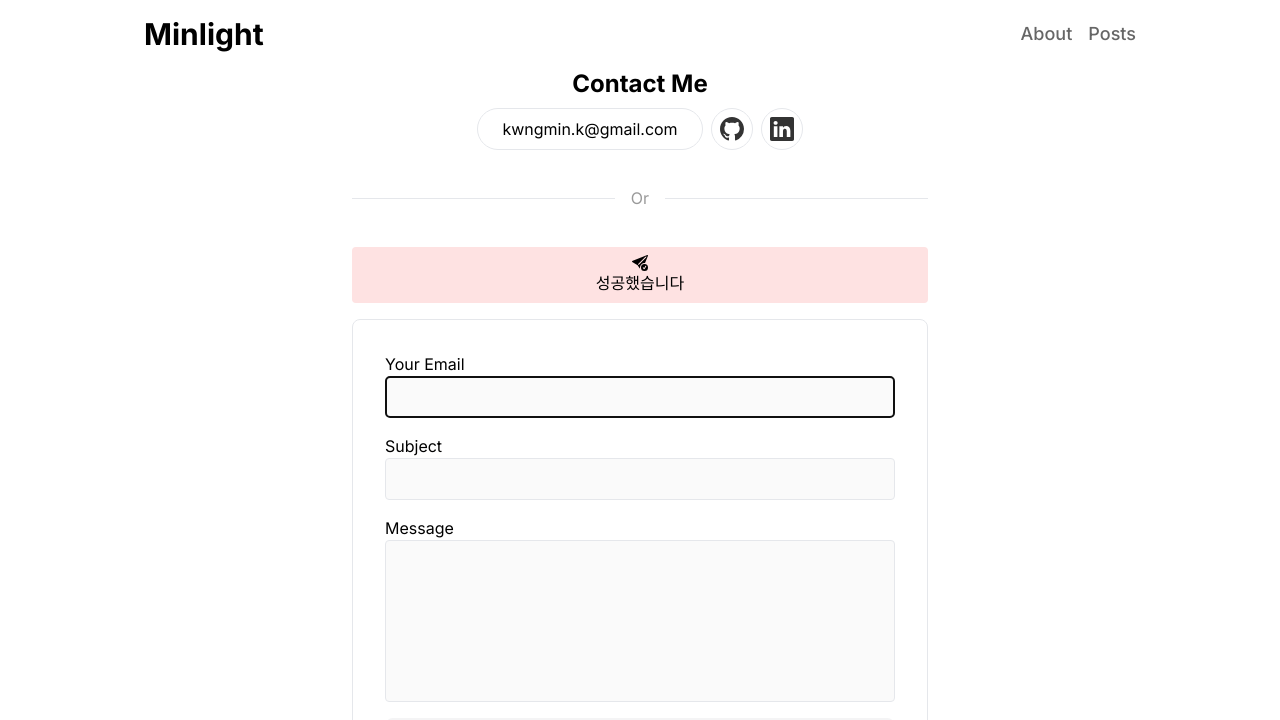
Repository: kwngmin/minlight-blog
Page: /contact
An editor plug-in stored every save of this project. The page is shown before and after the next save, followed by the edit.
The browser window is 1280 px wide. The pictures show the whole page.
An inner scrolling area shows only its first screen. The project was rebuilt for these pictures with package versions that can differ from the ones it lists, and the page was loaded fresh each time. The framework's server and built-in components were replaced by stand-ins that run in the browser. Also part of the build but not shown: next.config.js.

Above is the page before, as saved 2023-04-03 17:37:36.

After the next save:
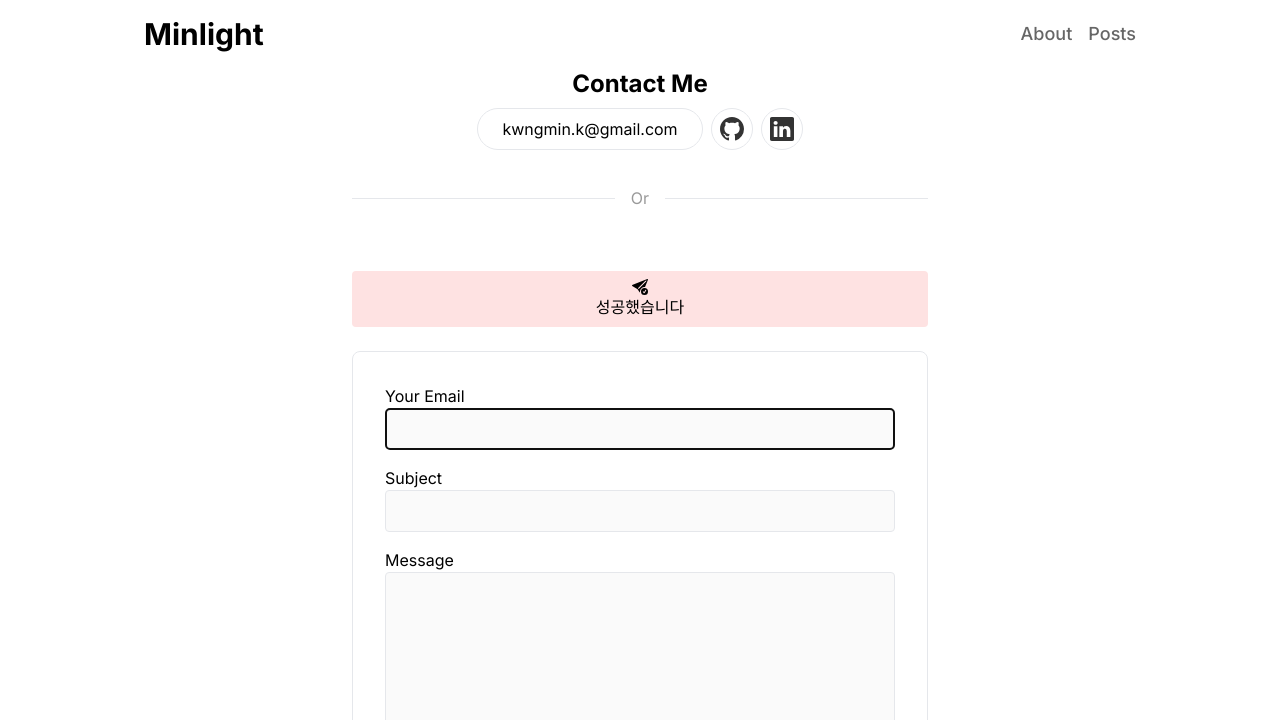
Saved 14 s later.
--- a/src/components/ContactForm.tsx
+++ b/src/components/ContactForm.tsx
@@ -38,13 +38,13 @@ export default function ContactForm() {
     <section className="w-full">
       {/* {banner && <Banner banner={banner} />}
        */}
-      <div className="bg-red-100 px-4 py-2 rounded flex flex-col items-center">
+      <div className="bg-red-100 px-4 py-2 my-6 rounded flex flex-col items-center">
         <BsSendCheckFill className="" />
         <span>{`성공했습니다`}</span>
       </div>
       <form
         onSubmit={onSubmit}
-        className="flex flex-col border p-8 w-full rounded-lg my-4"
+        className="flex flex-col border p-8 w-full rounded-lg"
       >
         <label htmlFor="from">Your Email</label>
         <input
